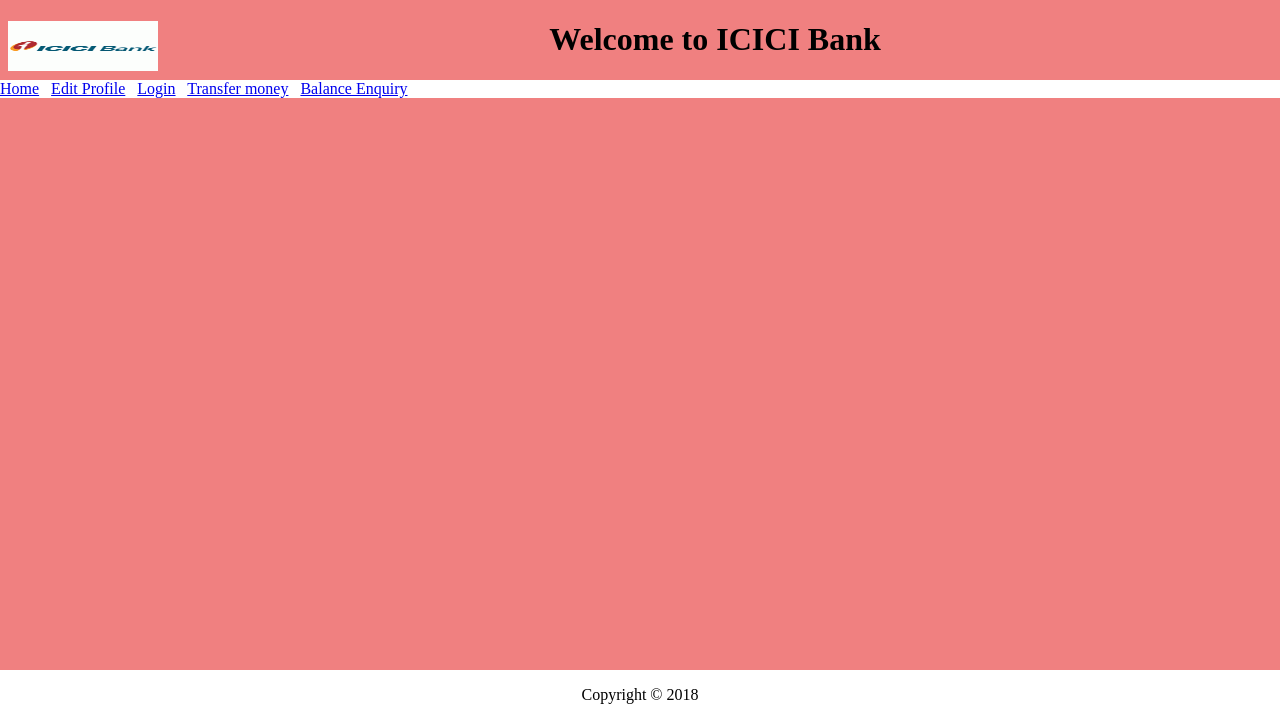
Repository: laikrish/day10
Page: http://localhost/BankApp/
The author's editor kept a copy of each file at every save. The page is drawn from the files as they stood at one save, then again after the next save.
The browser window is 1280 px wide. The pictures show the whole page.
The page is served by Tomcat 9.

Above is the page before, as saved 2018-09-14 07:20:07.

After the next save:
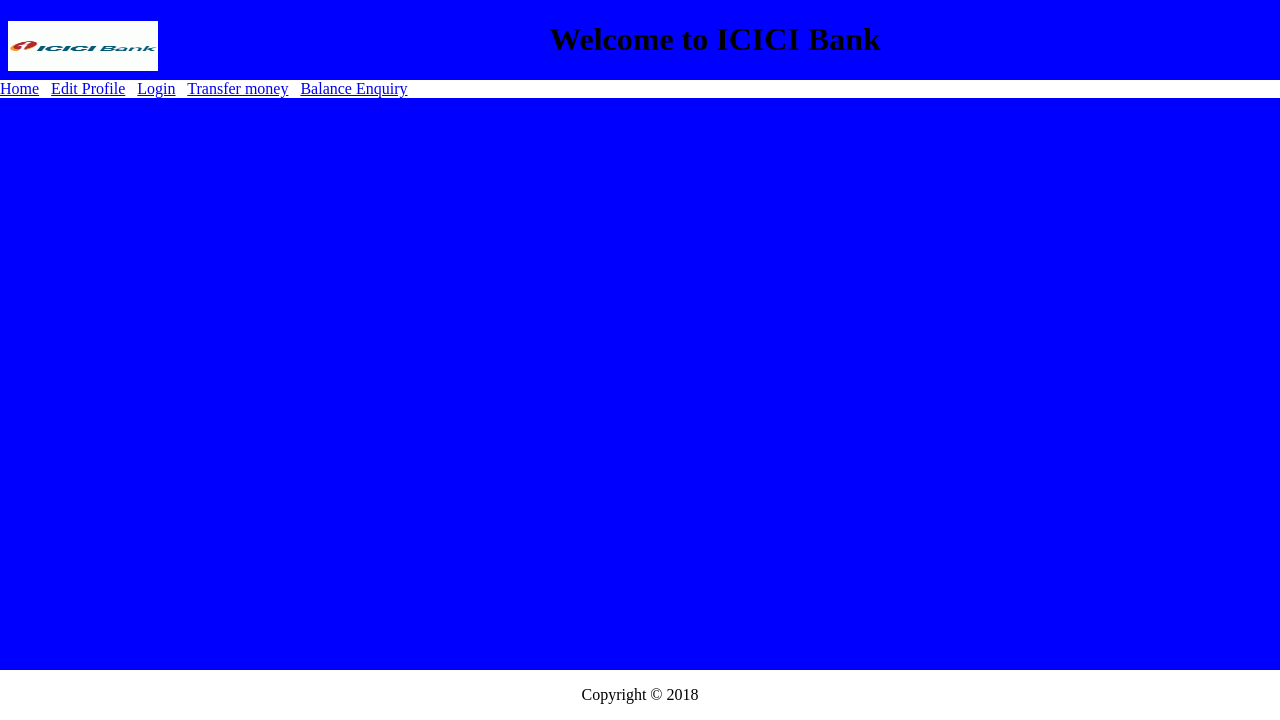
Saved 105 s later.
--- a/BankApp/WebContent/welcome.jsp
+++ b/BankApp/WebContent/welcome.jsp
@@ -7,7 +7,7 @@
 <title>ICICI BANK</title>
 </head>
 
-<body bgcolor="lightcoral" style="text-align:center">
+<body bgcolor="blue" style="text-align:center">
 
        <img src = "images/icici logo.png" width="150" height="50" align="left"/>
        <h1> Welcome to ICICI Bank</h1>
